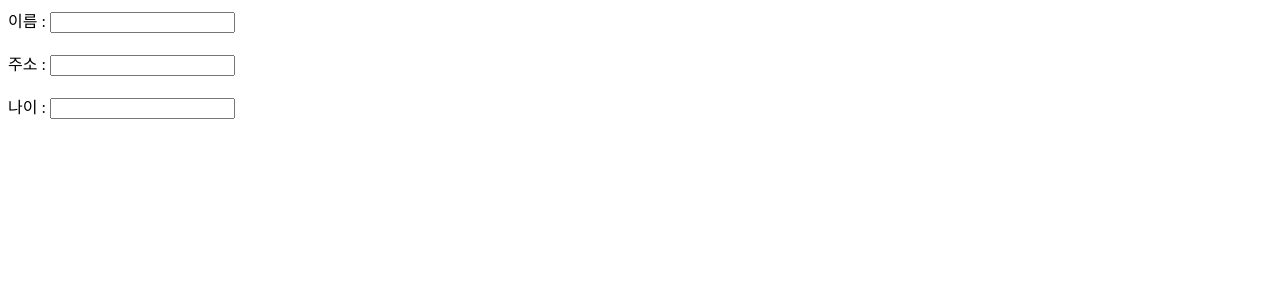
Repository: HyoJun-A/jsp
Page: practice01/WebContent/input.html
The author's editor kept a copy of each file at every save. The page is drawn from the files as they stood at one save, then again after the next save.
The browser window is 1280 px wide. The pictures show the whole page.

Above is the page before, as saved 2022-10-17 07:02:12.

After the next save:
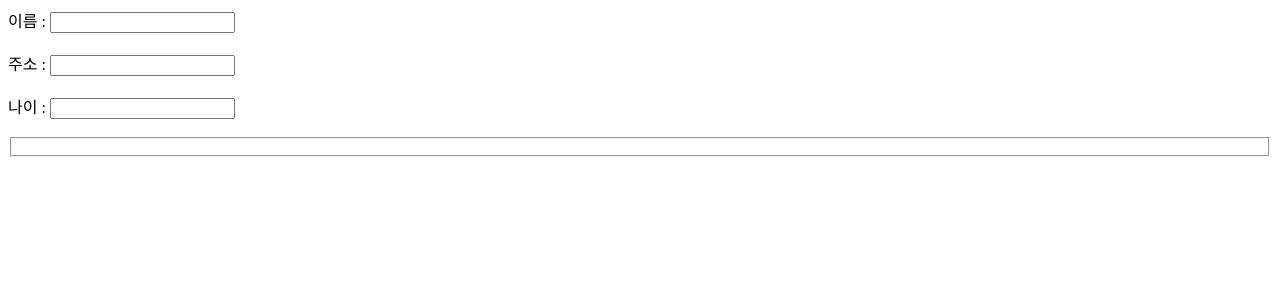
Saved 5 s later.
--- a/practice01/WebContent/input.html
+++ b/practice01/WebContent/input.html
@@ -9,6 +9,7 @@
 	이름 : <input type="text" name="name"><br><br>
 	주소 : <input type="text" name="addr"><br><br>
 	나이 : <input type="number" name="age"><br><br>
+	<fieldset></fieldset>
 </form>
 </body>
 </html>
